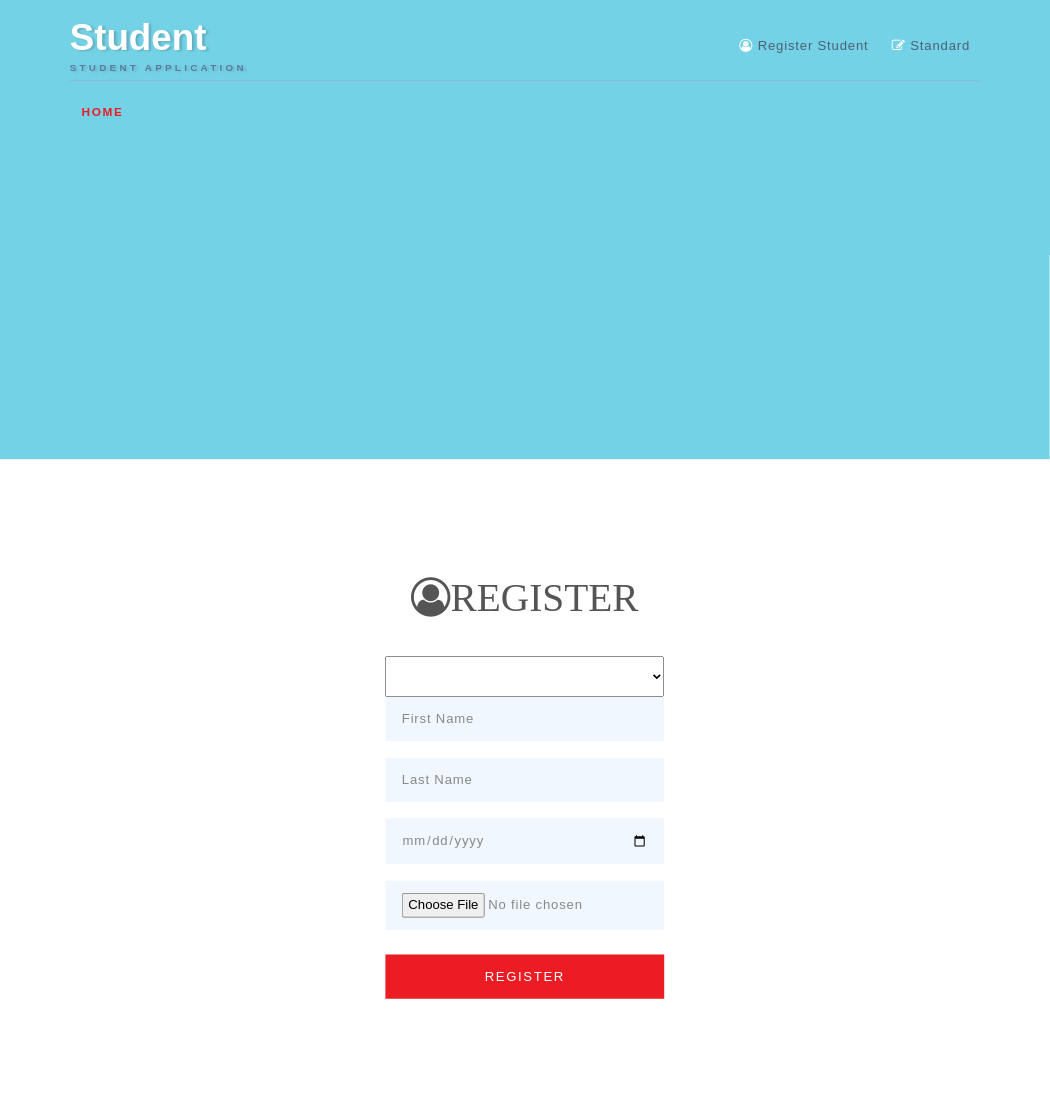
Repository: PallaviMadiya/Java-Framework-
Page: http://localhost/StudentApplication/register.jsp
An editor plug-in stored every save of this project. The page is shown before and after the next save, followed by the edit.
The browser window is 1280 px wide. The pictures show the whole page, at 82% of full size.
Some web fonts or font styles are not loaded; a fallback is used. The page is served by Tomcat 9. Queries for data that is not in the repository find no rows.

Above is the page before, as saved 2023-10-17 14:23:13.

After the next save:
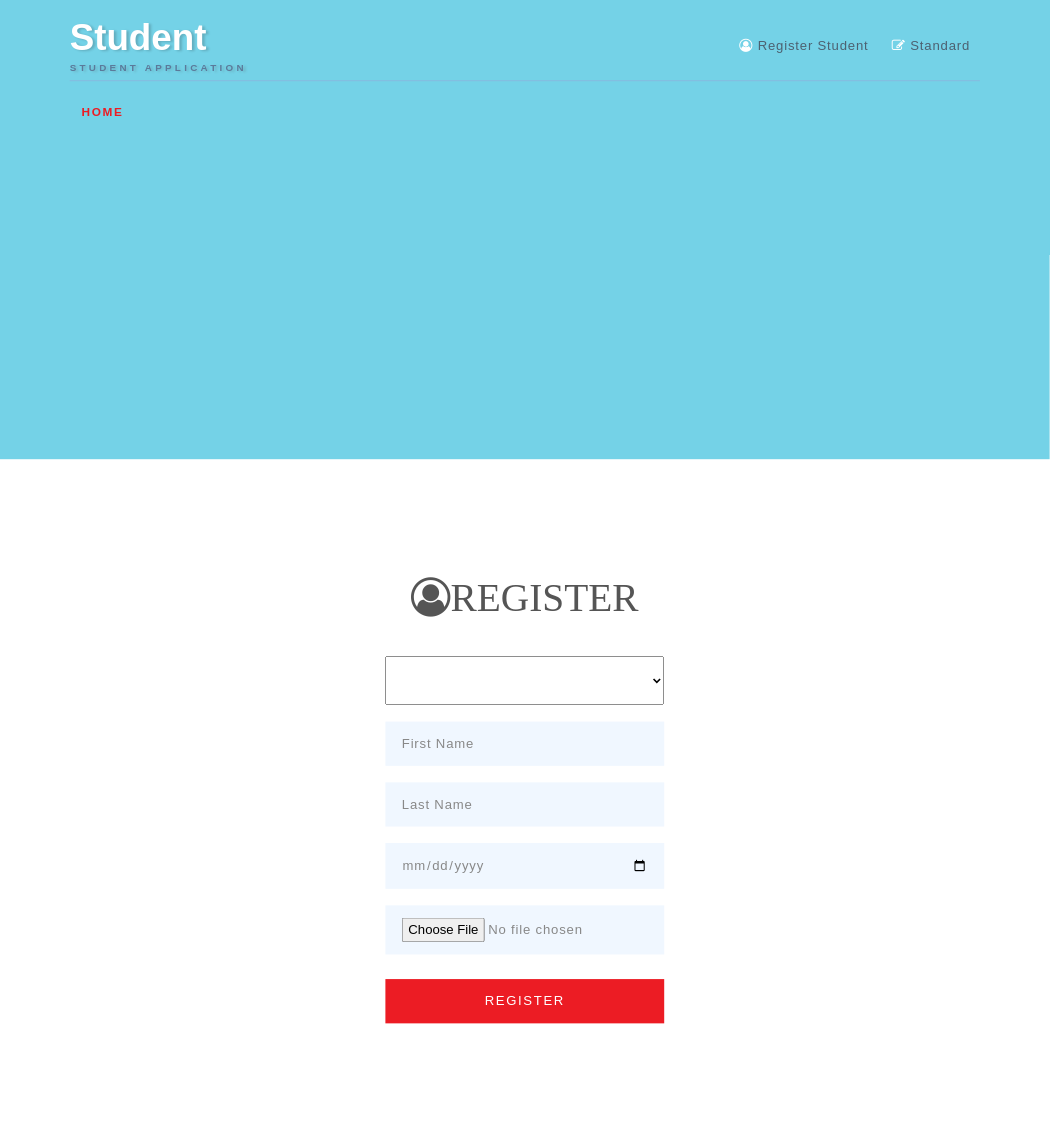
Saved 20 s later.
--- a/StudentApplication/src/main/webapp/register.jsp
+++ b/StudentApplication/src/main/webapp/register.jsp
@@ -25,7 +25,7 @@
                     <form action="StudentController" method="post">
                         <%List<Standard> list = StudentDao.getStandardList(); %>
 
-                    	<select name="Standard" style="width:340px; height:50px;">
+                    	<select name="Standard" style="width:340px; height:60px; margin-bottom:20px;">
 							<% for (Standard l : list) { %>
 								<option value="<%=l.getName() %>"><%=l.getName() %></option>
 							<%System.out.println(list); } %>
